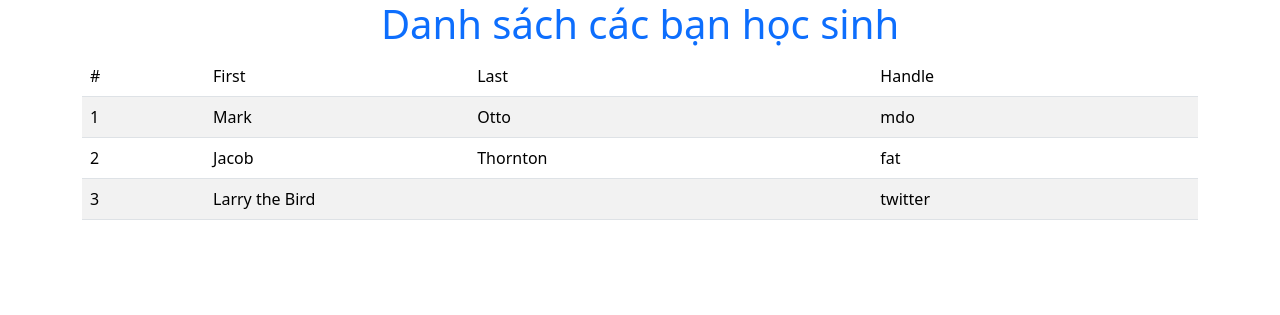
Repository: danghoanghai2k2/BeginAnguLar
Page: / (app in FirstAnGuLar/)
An editor plug-in stored every save of this project. The page is shown before and after the next save, followed by the edit.
The browser window is 1280 px wide. The pictures show the whole page.
The project was rebuilt for these pictures with package versions that can differ from the ones it lists, and the page was loaded fresh each time. Also part of the build but not shown: FirstAnGuLar/angular.json.

Above is the page before, as saved 2024-06-05 19:54:49.

After the next save:
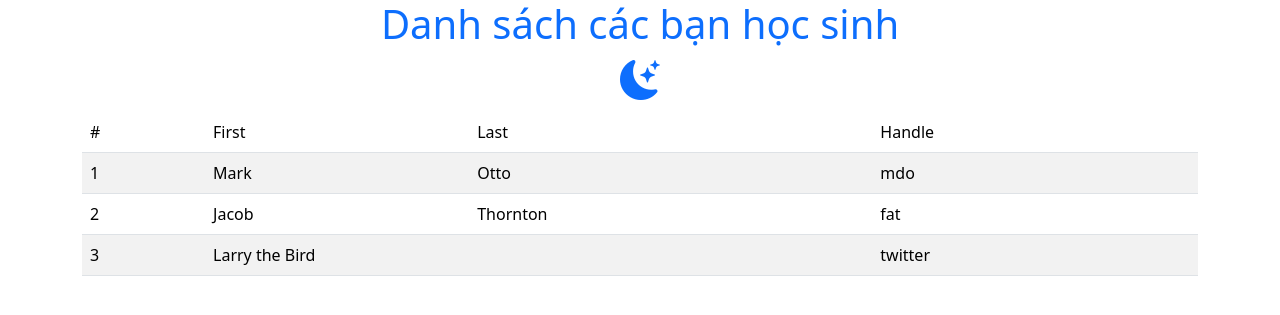
Saved 33 s later.
--- a/FirstAnGuLar/src/app/app.component.html
+++ b/FirstAnGuLar/src/app/app.component.html
@@ -1,6 +1,7 @@
 <div class="container">
     <div class="header">
         <h1 class="text-center text-primary">{{title}}</h1>
+        <h1 class="text-center text-primary"><i class="bi bi-moon-stars-fill"></i></h1>
     </div>
     <table class="table table-striped">
         <thead>
